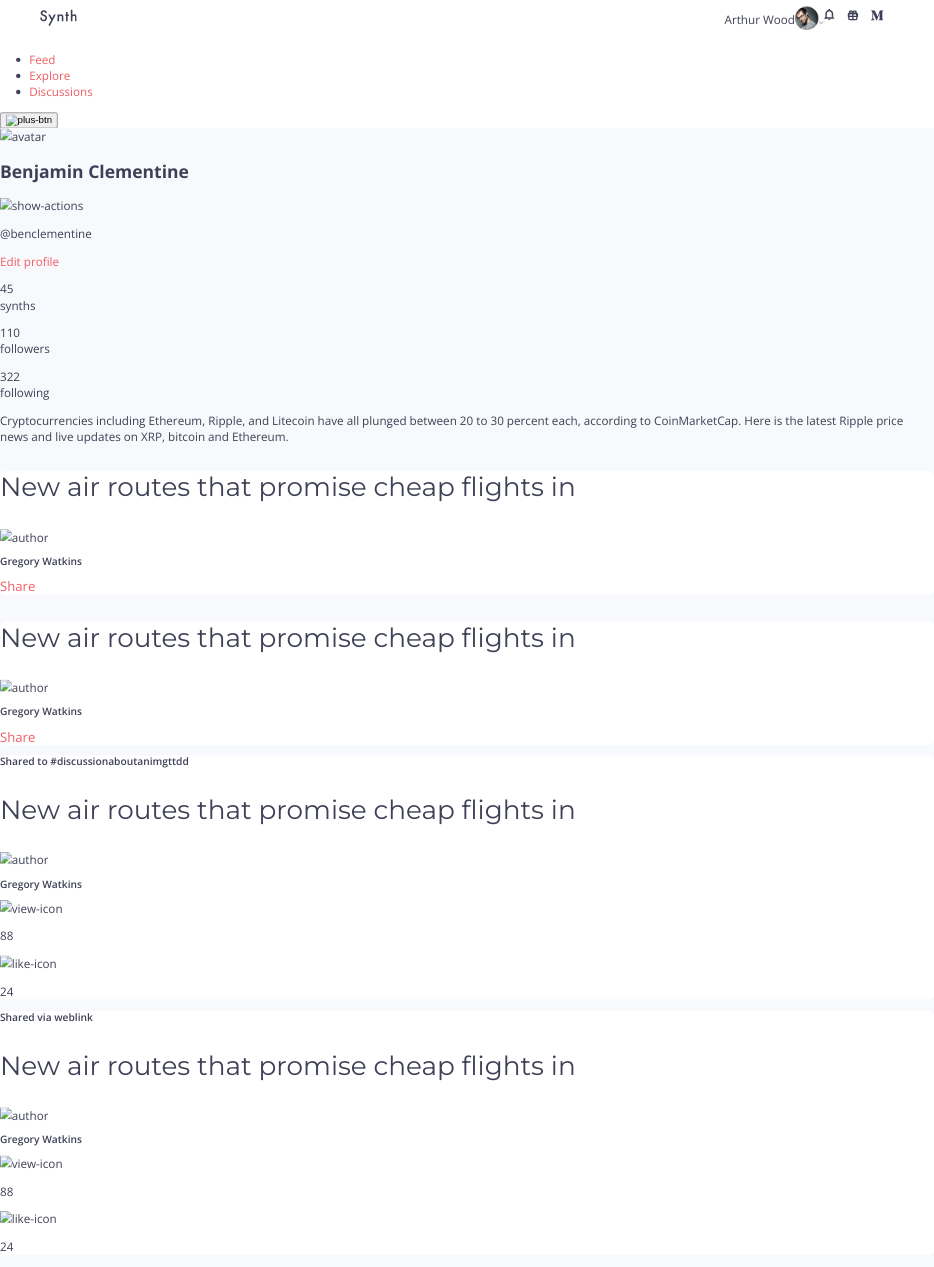
Repository: ecspetra/swivl-test-task
Page: index.html
The author's editor kept a copy of each file at every save. The page is drawn from the files as they stood at one save, then again after the next save.
The browser window is 1280 px wide. The pictures show the whole page, at 73% of full size.
The style sheet was rebuilt from its Sass, Less or Tailwind sources for each picture, by a compiler version that may differ from the author's.

Above is the page before, as saved 2021-12-09 22:07:44.

### index.html
<!DOCTYPE html>
<html lang="en">

<head>
    <meta charset="UTF-8">
    <meta http-equiv="X-UA-Compatible" content="IE=edge">
    <meta name="viewport" content="width=device-width, initial-scale=1.0">
    <link rel="stylesheet" href="css/style.css">
    <link rel="preconnect" href="https://fonts.googleapis.com">
    <link rel="preconnect" href="https://fonts.gstatic.com" crossorigin>
    <link
        href="https://fonts.googleapis.com/css2?family=Montserrat:wght@400;600&family=Open+Sans:wght@400;600;700&display=swap"
        rel="stylesheet">
    <title>Synth User Profile</title>
</head>

<body>
    <header>
        <div class="header">
            <div class="header__logo-wrapper">
                <img class="header__logo" src="img/synth-logotype.svg" alt="synth-logotype">
            </div>
            <div class="header__profile">
                <div class="header__user">
                    <p class="header__username">Arthur Wood</p>
                    <div class="header__avatar-wrapper">
                        <img class="header__avatar" src="img/header__avatar.png" alt="avatar">
                    </div>
                    <div class="header__arrow-wrapper">
                        <svg class="header__arrow-icon" id="ba6410b2-2881-4fc2-923a-a8db5a3872e4" data-name="Слой 1"
                            xmlns="http://www.w3.org/2000/svg" viewBox="0 0 10 6">
                            <defs>
                                <style>
                                    .f6cb09cf-160b-4058-9ce5-6ae66b7c591d {
                                        fill: #3e4056;
                                    }
                                </style>
                            </defs>
                            <path class="f6cb09cf-160b-4058-9ce5-6ae66b7c591d"
                                d="M5,6a1,1,0,0,1-.71-.29l-4-4A1,1,0,0,1,1.71.29L5,3.59,8.29.29A1,1,0,1,1,9.71,1.71l-4,4A1,1,0,0,1,5,6Z" />
                        </svg>
                    </div>
                </div>
                <div class="header__icons">
                    <div class="header__icon-wrapper">
                        <svg class="header__notifications-icon" width="14" height="16" viewBox="0 0 14 16" fill="none"
                            xmlns="http://www.w3.org/2000/svg">
                            <mask id="path-1-inside-1_0_47" fill="white">
                                <path fill-rule="evenodd" clip-rule="evenodd"
                                    d="M8.64706 14.4C8.64706 15.28 7.90588 16 7 16C6.09412 16 5.35294 15.28 5.35294 14.4H6.64706H7H7.35294H8.64706ZM7 3.51197L6.2133 3.69304C4.69773 4.04187 3.64706 5.33599 3.64706 6.8V11.2V11.6H11.9644L12.3529 11.2L12.7647 11.6L14 12.8V13.6H13.2229H12H11.9532H2.04679H2H0.777143H0V12.8L1.23529 11.6L1.64706 11.2V6.8C1.64706 4.344 3.40118 2.288 5.76471 1.744V1.2C5.76471 0.536 6.31647 0 7 0C7.68353 0 8.23529 0.536 8.23529 1.2V1.744C10.5988 2.288 12.3529 4.344 12.3529 6.8V11.2H10.3529V6.8C10.3529 5.33599 9.30227 4.04187 7.7867 3.69304L7 3.51197Z" />
                            </mask>
                            <path
                                d="M8.64706 14.4H10.6471V12.4H8.64706V14.4ZM5.35294 14.4V12.4H3.35294V14.4H5.35294ZM6.2133 3.69304L6.6619 5.64208H6.6619L6.2133 3.69304ZM7 3.51197L7.4486 1.56293L7 1.45968L6.5514 1.56293L7 3.51197ZM3.64706 11.6H1.64706V13.6H3.64706V11.6ZM11.9644 11.6V13.6H12.8098L13.3989 12.9936L11.9644 11.6ZM12.7647 11.6L11.3711 13.0346L12.7647 11.6ZM14 12.8H16V11.9545L15.3936 11.3654L14 12.8ZM14 13.6V15.6H16V13.6H14ZM0 13.6H-2V15.6H0V13.6ZM0 12.8L-1.39357 11.3654L-2 11.9545V12.8H0ZM1.23529 11.6L-0.158278 10.1654H-0.158278L1.23529 11.6ZM1.64706 11.2L3.04063 12.6346L3.64706 12.0455V11.2H1.64706ZM5.76471 1.744L6.2133 3.69304L7.76471 3.33596V1.744H5.76471ZM8.23529 1.744H6.23529V3.33596L7.78669 3.69304L8.23529 1.744ZM10.3529 11.2H8.35294V13.2H10.3529V11.2ZM7.7867 3.69304L7.3381 5.64208H7.3381L7.7867 3.69304ZM7 18C8.95541 18 10.6471 16.4388 10.6471 14.4H6.64706C6.64706 14.1212 6.85636 14 7 14V18ZM3.35294 14.4C3.35294 16.4388 5.04459 18 7 18V14C7.14364 14 7.35294 14.1212 7.35294 14.4H3.35294ZM6.64706 12.4H5.35294V16.4H6.64706V12.4ZM7 12.4H6.64706V16.4H7V12.4ZM7.35294 12.4H7V16.4H7.35294V12.4ZM8.64706 12.4H7.35294V16.4H8.64706V12.4ZM6.6619 5.64208L7.4486 5.46101L6.5514 1.56293L5.76471 1.744L6.6619 5.64208ZM5.64706 6.8C5.64706 6.32045 6.00193 5.79398 6.6619 5.64208L5.76471 1.744C3.39352 2.28976 1.64706 4.35153 1.64706 6.8H5.64706ZM5.64706 11.2V6.8H1.64706V11.2H5.64706ZM5.64706 11.6V11.2H1.64706V11.6H5.64706ZM11.9644 9.6H3.64706V13.6H11.9644V9.6ZM10.9184 9.80643L10.5298 10.2064L13.3989 12.9936L13.7875 12.5936L10.9184 9.80643ZM14.1583 10.1654L13.7465 9.76544L10.9594 12.6346L11.3711 13.0346L14.1583 10.1654ZM15.3936 11.3654L14.1583 10.1654L11.3711 13.0346L12.6064 14.2346L15.3936 11.3654ZM16 13.6V12.8H12V13.6H16ZM13.2229 15.6H14V11.6H13.2229V15.6ZM12 15.6H13.2229V11.6H12V15.6ZM11.9532 15.6H12V11.6H11.9532V15.6ZM2.04679 15.6H11.9532V11.6H2.04679V15.6ZM2 15.6H2.04679V11.6H2V15.6ZM0.777143 15.6H2V11.6H0.777143V15.6ZM0 15.6H0.777143V11.6H0V15.6ZM-2 12.8V13.6H2V12.8H-2ZM-0.158278 10.1654L-1.39357 11.3654L1.39357 14.2346L2.62887 13.0346L-0.158278 10.1654ZM0.253487 9.76544L-0.158278 10.1654L2.62887 13.0346L3.04063 12.6346L0.253487 9.76544ZM-0.352941 6.8V11.2H3.64706V6.8H-0.352941ZM5.31611 -0.20504C2.10462 0.534128 -0.352941 3.35201 -0.352941 6.8H3.64706C3.64706 5.33599 4.69773 4.04187 6.2133 3.69304L5.31611 -0.20504ZM3.76471 1.2V1.744H7.76471V1.2H3.76471ZM7 -2C5.26695 -2 3.76471 -0.622824 3.76471 1.2H7.76471C7.76471 1.69482 7.36599 2 7 2V-2ZM10.2353 1.2C10.2353 -0.622824 8.73305 -2 7 -2V2C6.63401 2 6.23529 1.69482 6.23529 1.2H10.2353ZM10.2353 1.744V1.2H6.23529V1.744H10.2353ZM14.3529 6.8C14.3529 3.35201 11.8954 0.534128 8.68389 -0.20504L7.78669 3.69304C9.30227 4.04187 10.3529 5.33599 10.3529 6.8H14.3529ZM14.3529 11.2V6.8H10.3529V11.2H14.3529ZM10.3529 13.2H12.3529V9.2H10.3529V13.2ZM8.35294 6.8V11.2H12.3529V6.8H8.35294ZM7.3381 5.64208C7.99807 5.79398 8.35294 6.32045 8.35294 6.8H12.3529C12.3529 4.35153 10.6065 2.28976 8.23529 1.744L7.3381 5.64208ZM6.5514 5.46101L7.3381 5.64208L8.23529 1.744L7.4486 1.56293L6.5514 5.46101Z"
                                fill="#3E4056" mask="url(#path-1-inside-1_0_47)" />
                        </svg>
                    </div>
                    <div class="header__icon-wrapper">
                        <svg class="header__share-icon" id="b2f878dd-77d2-4c09-b9a4-707f73bc2f55" data-name="Слой 1"
                            xmlns="http://www.w3.org/2000/svg" viewBox="0 0 16 15.42">
                            <defs>
                                <style>
                                    .bae8df2b-01c6-49e5-bc60-1f7b441e47a7 {
                                        fill: #3e4056;
                                    }
                                </style>
                            </defs>
                            <g id="b9b9b8c9-97a8-42bd-8cda-88f7a0d50de3" data-name="Rectangle 10">
                                <path class="bae8df2b-01c6-49e5-bc60-1f7b441e47a7"
                                    d="M12,15.42H4a3,3,0,0,1-3-3v-6a3,3,0,0,1,3-3h8a3,3,0,0,1,3,3v6A3,3,0,0,1,12,15.42Zm-8-10a1,1,0,0,0-1,1v6a1,1,0,0,0,1,1h8a1,1,0,0,0,1-1v-6a1,1,0,0,0-1-1Z" />
                            </g>
                            <g id="ac1fcabc-fe41-4ad4-8f2c-08a9574db54f" data-name="Oval 6 Copy 3">
                                <path class="bae8df2b-01c6-49e5-bc60-1f7b441e47a7"
                                    d="M5.56,6.07a4.5,4.5,0,0,1-1.48-.24A3.16,3.16,0,0,1,2.34,4.28,2.93,2.93,0,0,1,2.21,2,3,3,0,0,1,6.13.19a4.73,4.73,0,0,1,2,1.52,2.74,2.74,0,0,1,.64,2.64C8.35,5.56,6.89,6.07,5.56,6.07ZM5.05,2a1,1,0,0,0-1,.64.94.94,0,0,0,0,.75A1.09,1.09,0,0,0,4.77,4a2.41,2.41,0,0,0,2.14-.28A1.13,1.13,0,0,0,6.58,3a2.88,2.88,0,0,0-1.13-.88A1.09,1.09,0,0,0,5.05,2Z" />
                            </g>
                            <g id="abe7f8d5-9a70-44fc-800c-0d9336f48a5e" data-name="Oval 6 Copy 4">
                                <path class="bae8df2b-01c6-49e5-bc60-1f7b441e47a7"
                                    d="M10.44,6.07c-1.33,0-2.79-.51-3.23-1.72a2.74,2.74,0,0,1,.64-2.64,4.73,4.73,0,0,1,2-1.52A3,3,0,0,1,13.79,2a3.05,3.05,0,0,1-1.87,3.87A4.5,4.5,0,0,1,10.44,6.07ZM11,2a1.09,1.09,0,0,0-.4.07A2.88,2.88,0,0,0,9.42,3a1.13,1.13,0,0,0-.33.72A2.42,2.42,0,0,0,11.23,4h0a1,1,0,0,0,.68-1.31A1,1,0,0,0,11,2Z" />
                            </g>
                            <g id="ba091cbe-8ec9-403f-a7b6-b61023df330d" data-name="Rectangle 11">
                                <rect class="bae8df2b-01c6-49e5-bc60-1f7b441e47a7" x="7" y="4.42" width="2"
                                    height="10" />
                            </g>
                            <path class="bae8df2b-01c6-49e5-bc60-1f7b441e47a7"
                                d="M14,4.12H2a2,2,0,0,0-2,2v3a1,1,0,0,0,1,1H15a1,1,0,0,0,1-1v-3A2,2,0,0,0,14,4.12Zm0,4.06H2V6.12H14Z" />
                        </svg>
                    </div>
                    <div class="header__icon-wrapper">
                        <svg class="header__medium-icon" width="16" height="13" viewBox="0 0 16 13" fill="none"
                            xmlns="http://www.w3.org/2000/svg">
                            <path
                                d="M1.89729 2.65197C1.91717 2.45096 1.84227 2.25228 1.69561 2.11699L0.201681 0.275132V0H4.84034L8.42577 8.04762L11.578 0H16V0.275132L14.7227 1.52851C14.6126 1.61442 14.5579 1.75561 14.5808 1.89536V11.1046C14.5579 11.2444 14.6126 11.3856 14.7227 11.4715L15.9701 12.7249V13H9.69561V12.7249L10.9879 11.4409C11.1148 11.311 11.1148 11.2728 11.1148 11.0741V3.63022L7.52194 12.9694H7.03641L2.85341 3.63022V9.88948C2.81853 10.1526 2.90393 10.4176 3.08497 10.6079L4.76564 12.6943V12.9694H0V12.6943L1.68067 10.6079C1.86039 10.4173 1.94081 10.1506 1.89729 9.88948V2.65197Z"
                                fill="#3E3F58" />
                        </svg>
                    </div>
                </div>
            </div>
        </div>
        <div class="header__navigation-wrapper">
            <nav class="header__navigation">
                <ul>
                    <li><a href="#">Feed</a></li>
                    <li><a href="#">Explore</a></li>
                    <li><a href="#">Discussions</a></li>
                </ul>
            </nav>
        </div>
        <button class="header__btn-wrapper">
            <img class="header__btn" src="" alt="plus-btn">
        </button>
    </header>
    <main>
        <section>
            <div class="profile">
                <div class="profile__user-details">
                    <div class="profile__general">
                        <div class="profile__avatar-wrapper">
                            <img class="profile__avatar" src="" alt="avatar">
                        </div>
                        <div class="profile__name-wrapper">
                            <h2 class="profile__name">Benjamin Clementine</h2>
                            <div class="profile__dots-wrapper">
                                <img class="profile__dots" src="" alt="show-actions">
                            </div>
                        </div>
                        <p class="profile__instagram">@benclementine</p>
                        <a class="profile__edit-btn" href="#">Edit profile</a>
                    </div>
                    <div class="profile__statistics">
                        <p class="profile__synths"><span>45</span><br>synths</p>
                        <p class="profile__followers"><span>110</span><br>followers</p>
                        <p class="profile__following"><span>322</span><br>following</p>
                    </div>
                    <p class="profile__description">Cryptocurrencies including Ethereum, Ripple, and Litecoin have all
                        plunged between 20 to 30 percent each, according to CoinMarketCap. Here is the latest Ripple
                        price news and live updates on XRP, bitcoin and Ethereum.</p>
                </div>

                <div class="profile__switcher"></div>

                <div class="profile__cards-wrapper">
                    <article class="profile-card">
                        <h1 class="profile-card__headline">New air routes that promise cheap flights in</h1>
                        <div class="profile-card__bottom">
                            <div class="profile-card__author-wrapper">
                                <div class="profile-card__author-photo">
                                    <img class="profile-card__author" src="" alt="author">
                                </div>
                                <p class="profile-card__author-name">Gregory Watkins</p>
                            </div>
                            <div class="profile-card__actions-wrapper">
                                <div class="profile-card__share-wrapper">
                                    <a class="profile-card__share-link">Share</a>
                                </div>
                            </div>
                        </div>
                    </article>
                    <article class="profile-card">
                        <h1 class="profile-card__headline">New air routes that promise cheap flights in</h1>
                        <div class="profile-card__bottom">
                            <div class="profile-card__author-wrapper">
                                <div class="profile-card__author-photo">
                                    <img class="profile-card__author" src="" alt="author">
                                </div>
                                <p class="profile-card__author-name">Gregory Watkins</p>
                            </div>
                            <div class="profile-card__actions-wrapper">
                                <div class="profile-card__share-wrapper">
                                    <a class="profile-card__share-link" href="#">Share</a>
                                </div>
                            </div>
                        </div>
                    </article>
                    <article class="profile-card">
                        <p class="profile-card__top">Shared to <span>#discussionaboutanimgttdd</span></p>
                        <h1 class="profile-card__headline">New air routes that promise cheap flights in</h1>
                        <div class="profile-card__bottom">
                            <div class="profile-card__author-wrapper">
                                <div class="profile-card__author-photo">
                                    <img class="profile-card__author" src="" alt="author">
                                </div>
                                <p class="profile-card__author-name">Gregory Watkins</p>
                            </div>
                            <div class="profile-card__actions-wrapper">
                                <div class="profile-card__icon-wrapper">
                                    <img class="profile-card__view-icon" src="" alt="view-icon">
                                    <p class="profile-card__icon-counter">88</p>
                                </div>
                                <div class="profile-card__icon-wrapper">
                                    <img class="profile-card__like-icon" src="" alt="like-icon">
                                    <p class="profile-card__icon-counter">24</p>
                                </div>
                            </div>
                        </div>
                    </article>
                    <article class="profile-card">
                        <p class="profile-card__top weblink-shared">Shared via weblink</p>
                        <h1 class="profile-card__headline">New air routes that promise cheap flights in</h1>
                        <div class="profile-card__bottom">
                            <div class="profile-card__author-wrapper">
                                <div class="profile-card__author-photo">
                                    <img class="profile-card__author" src="" alt="author">
                                </div>
                                <p class="profile-card__author-name">Gregory Watkins</p>
                            </div>
                            <div class="profile-card__actions-wrapper">
                                <div class="profile-card__icon-wrapper">
                                    <img class="profile-card__view-icon" src="" alt="view-icon">
                                    <p class="profile-card__icon-counter">88</p>
                                </div>
                                <div class="profile-card__icon-wrapper">
                                    <img class="profile-card__like-icon" src="" alt="like-icon">
                                    <p class="profile-card__icon-counter">24</p>
                                </div>
                            </div>
                        </div>
                    </article>
                </div>
            </div>
        </section>
    </main>

</body>

</html>

### scss/style.scss
$bg-color: #f7f9fc;
$main-color: #3e4056;
$accent-color: #f05d63;

body {
  width: 100%;
  height: auto;
  margin: 0;
  padding: 0;
  background-color: $bg-color;
  font-family: "Open Sans", sans-serif;
  color: $main-color;
}

* {
  -webkit-box-sizing: border-box;
  box-sizing: border-box;
}

header {
  width: 100%;
  background-color: #ffffff;
}
main,
section {
  width: 100%;
}
a {
  text-decoration: none;
  color: $accent-color;
}
.header {
  max-width: 1218px;
  padding: 0 24px;
  margin: 0 auto;
  display: -webkit-box;
  display: -ms-flexbox;
  display: flex;
  -webkit-box-orient: horizontal;
  -webkit-box-direction: normal;
  -ms-flex-direction: row;
  flex-direction: row;
  -webkit-box-pack: justify;
  -ms-flex-pack: justify;
  justify-content: space-between;
  -webkit-box-align: center;
  -ms-flex-align: center;
  align-items: center;
}
.header__logo-wrapper {
}
.header__logo {
}
.header__profile {
  display: -webkit-box;
  display: -ms-flexbox;
  display: flex;
  -webkit-box-orient: horizontal;
  -webkit-box-direction: normal;
  -ms-flex-direction: row;
  flex-direction: row;
  -webkit-box-pack: end;
  -ms-flex-pack: end;
  justify-content: flex-end;
  -webkit-box-align: center;
  -ms-flex-align: center;
  align-items: center;
}
.header__user,
.header__icons {
  display: -webkit-box;
  display: -ms-flexbox;
  display: flex;
  -webkit-box-orient: horizontal;
  -webkit-box-direction: normal;
  -ms-flex-direction: row;
  flex-direction: row;
  -webkit-box-pack: justify;
  -ms-flex-pack: justify;
  justify-content: space-between;
  -webkit-box-align: center;
  -ms-flex-align: center;
  align-items: center;
}
.header__user {
}
.header__username {
}
.header__avatar-wrapper {
}
.header__avatar {
}
.header__arrow-wrapper {
}
.header__arrow-icon {
  width: 8px;
  height: 4px;
  opacity: 0.4;
}
.header__icons {
}
.header__icon-wrapper {
  width: 32px;
  height: 32px;
}
.header__share-icon,
.header__share-icon,
.header__medium-icon {
  width: auto;
  height: 14px;
}
.header__navigation-wrapper {
}
.header__navigation {
}
.header__btn-wrapper {
}
.header__btn {
}
.profile {
}
.profile__user-details {
}
.profile__general {
}
.profile__avatar-wrapper {
}
.profile__avatar {
}
.profile__name-wrapper {
}
.profile__name {
}
.profile__dots-wrapper {
}
.profile__dots {
}
.profile__instagram {
}
.profile__edit-btn {
}
.profile__statistics {
}
.profile__synths {
}
.profile__followers {
}
.profile__following {
}
.profile__description {
}
.profile__switcher {
}
.profile__cards-wrapper {
}
.profile-card {
  background-color: #ffffff;
  border-radius: 8px;
  width: 100%;
}
.profile-card__headline {
  font: 400 36px / 44px "Montserrat", sans-serif;
}
.profile-card__bottom {
}
.profile-card__author-wrapper {
}
.profile-card__author-photo {
}
.profile-card__author {
}
.profile-card__author-name {
  font: 600 14px / 16px "Open Sans", sans-serif;
}
.profile-card__actions-wrapper {
}
.profile-card__share-wrapper {
}
.profile-card__share-link {
  font: 400 18px / 24px "Open Sans", sans-serif;
}
.profile-card__top {
  font: 600 14px / 16px "Open Sans", sans-serif;
}
.profile-card__icon-wrapper {
}
.profile-card__view-icon {
}
.profile-card__icon-counter {
}
.profile-card__like-icon {
}
.weblink-shared {
}

After the next save:
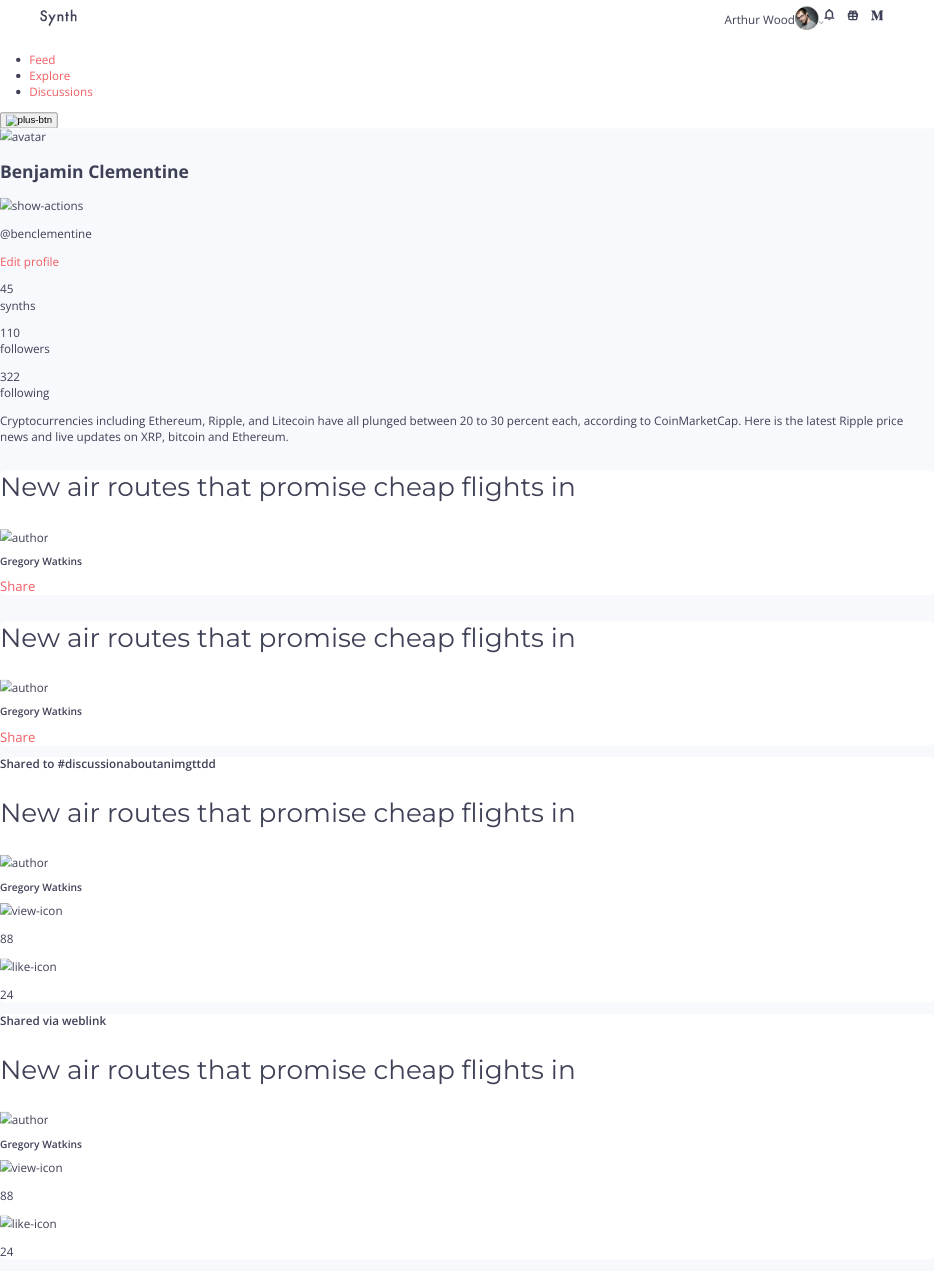
Saved 18 s later.
--- a/scss/style.scss
+++ b/scss/style.scss
@@ -180,7 +180,10 @@ a {
   font: 400 18px / 24px "Open Sans", sans-serif;
 }
 .profile-card__top {
-  font: 600 14px / 16px "Open Sans", sans-serif;
+  font: 600 16px / 18px "Open Sans", sans-serif;
+
+  span {
+  }
 }
 .profile-card__icon-wrapper {
 }
